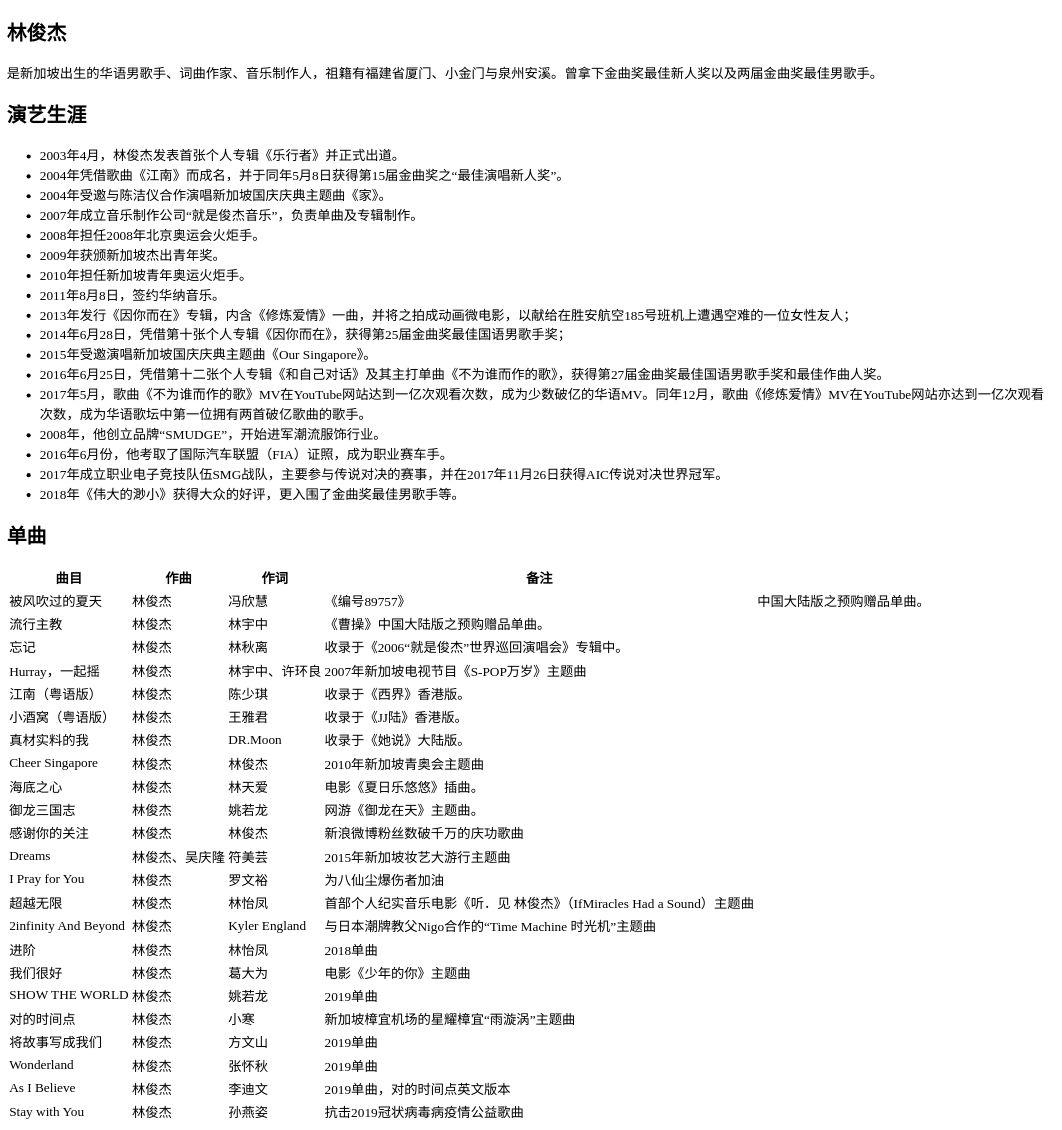
Repository: chenguocan/html_work
Page: html_work.html
These files come from the project's save history. The page is drawn as it stood at one moment and after the next save; the edit follows.
The browser window is 1280 px wide. The pictures show the whole page, at 83% of full size.

Above is the page before, as saved 2020-06-26 10:11:05.

After the next save:
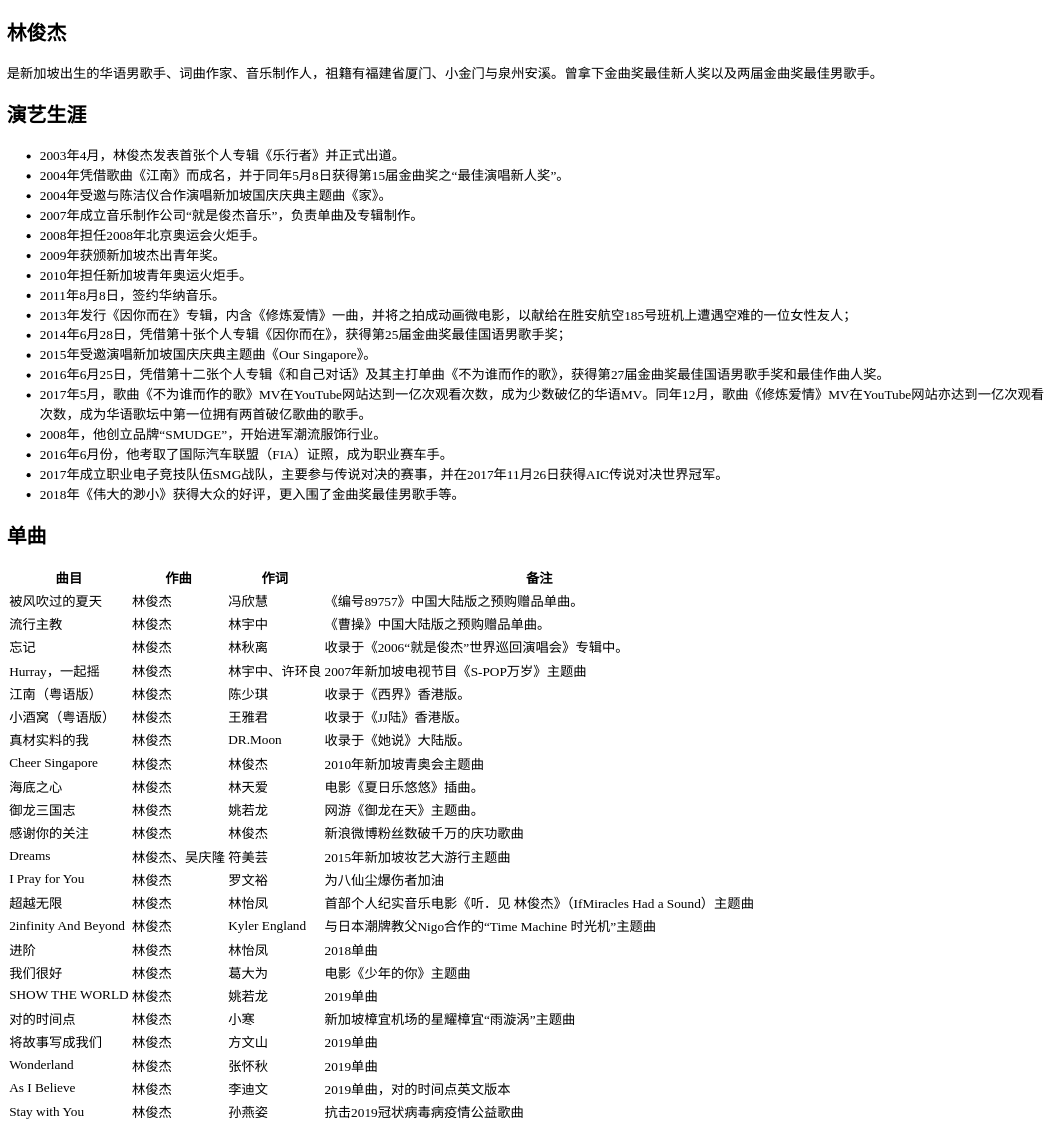
Saved 21 s later.
--- a/html_work.html
+++ b/html_work.html
@@ -63,8 +63,7 @@
             <td>被风吹过的夏天</td>
             <td>林俊杰</td>
             <td>冯欣慧</td>
-            <td>《编号89757》</td>
-            <td>中国大陆版之预购赠品单曲。</td>
+            <td>《编号89757》中国大陆版之预购赠品单曲。</td>
           </tr>
           <tr>
             <td>流行主教</td>
